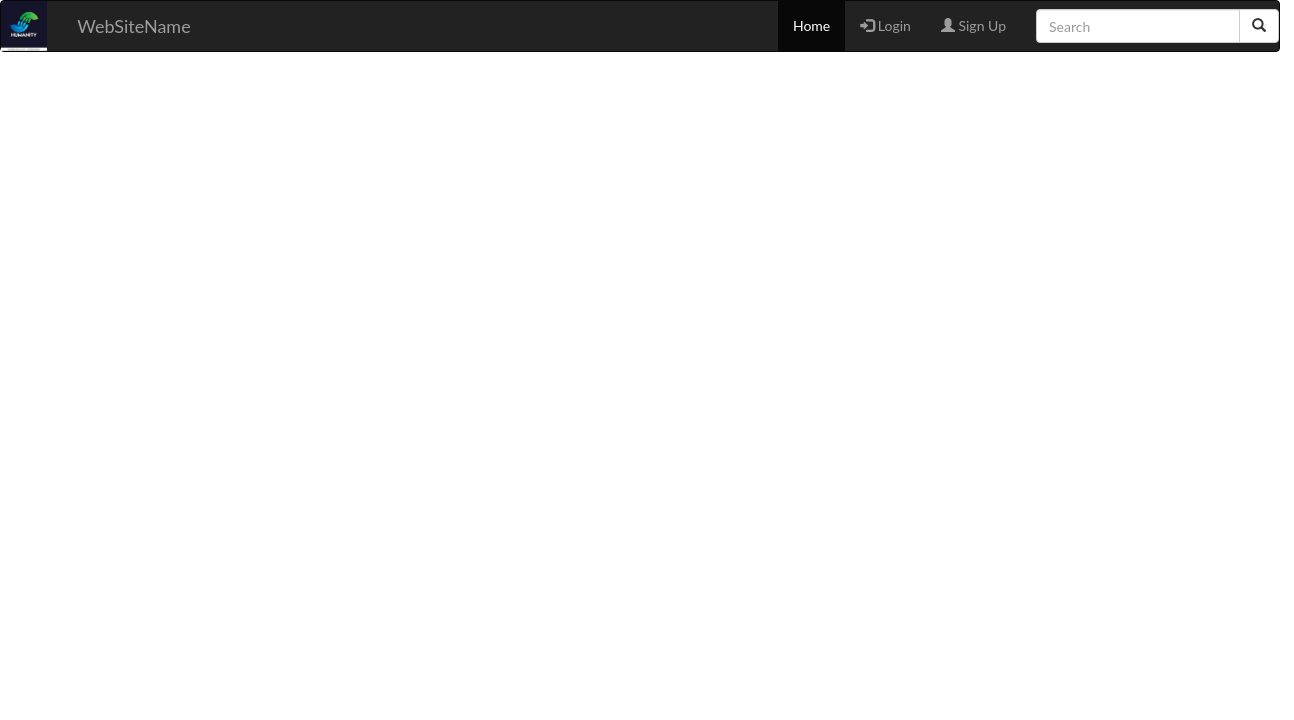
Repository: isranivishal/TsecCodestorm
Page: http://localhost/
An editor plug-in stored every save of this project. The page is shown before and after the next save, followed by the edit.
The browser window is 1280 px wide. The page is 1294 px wide, so the pictures cover 1294 px, including what lies to the right of the window. The pictures show the whole page.
Some web libraries are served in a nearby version. The page is run by PHP 8.4 with error messages shown; the project is at /var/www/html/.

Above is the page before, as saved 2018-09-22 05:20:37.

After the next save:
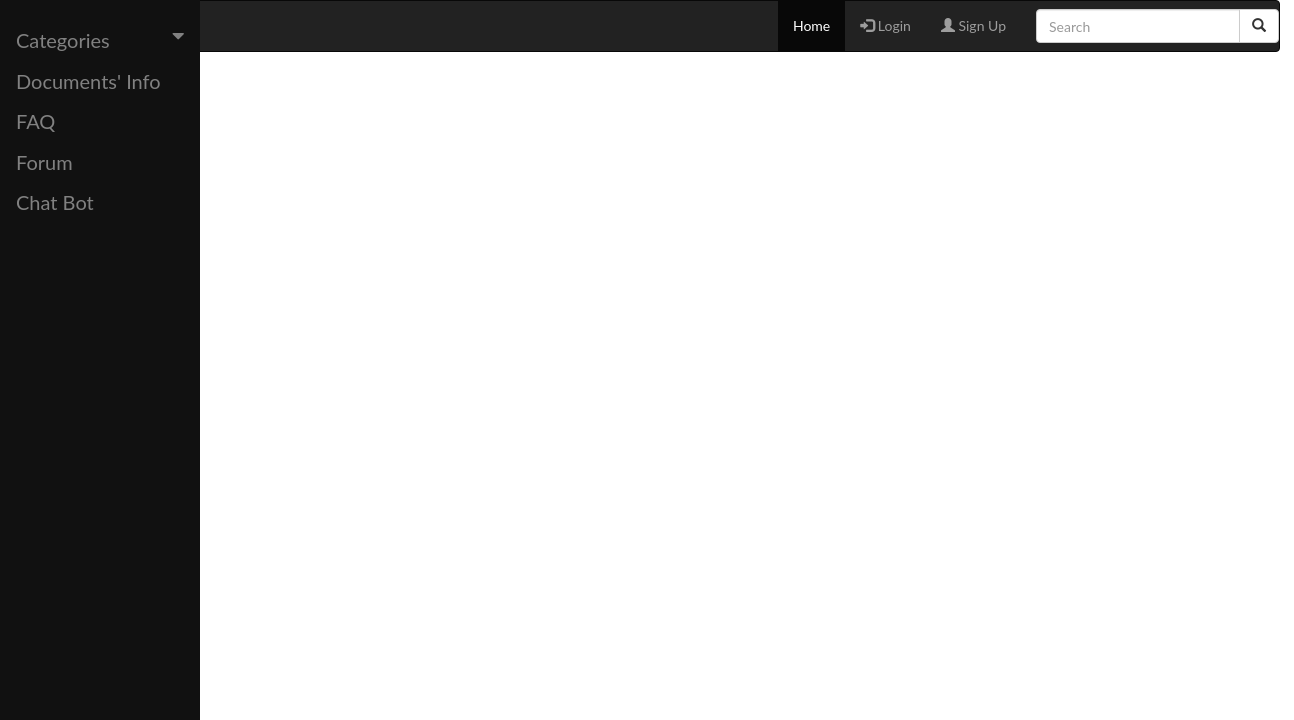
Saved 41 s later.
--- a/index.php
+++ b/index.php
@@ -116,6 +116,45 @@
 
             </div>
           </nav>
+
+
+
+
+          <div class="sidenav">
+                    <button class="dropdown-btn">Categories
+                      <i class="fa fa-caret-down"></i>
+                    </button>
+                    <div class="dropdown-container">
+                      <a href="#">Education</a>
+                      <a href="#">Jobs</a>
+                      <a href="#">Agriculture</a>
+                      <a href="#">Pension and retirement</a>
+                    </div>
+                    <a href="#">Documents' Info</a>
+                    <a href="#">FAQ</a>
+                    <a href="#">Forum</a>
+                    <a href="#about">Chat Bot</a>
+                  </div>
+
+
+                  <script>
+                  /* Loop through all dropdown buttons to toggle between hiding and showing its dropdown content - This allows the user to have multiple dropdowns without any conflict */
+                  var dropdown = document.getElementsByClassName("dropdown-btn");
+                  var i;
+
+                  for (i = 0; i < dropdown.length; i++) {
+                    dropdown[i].addEventListener("click", function() {
+                      this.classList.toggle("active");
+                      var dropdownContent = this.nextElementSibling;
+                      if (dropdownContent.style.display === "block") {
+                        dropdownContent.style.display = "none";
+                      } else {
+                        dropdownContent.style.display = "block";
+                      }
+                    });
+                  }
+                  </script>
+
         </div>
     </body>
 </html>
